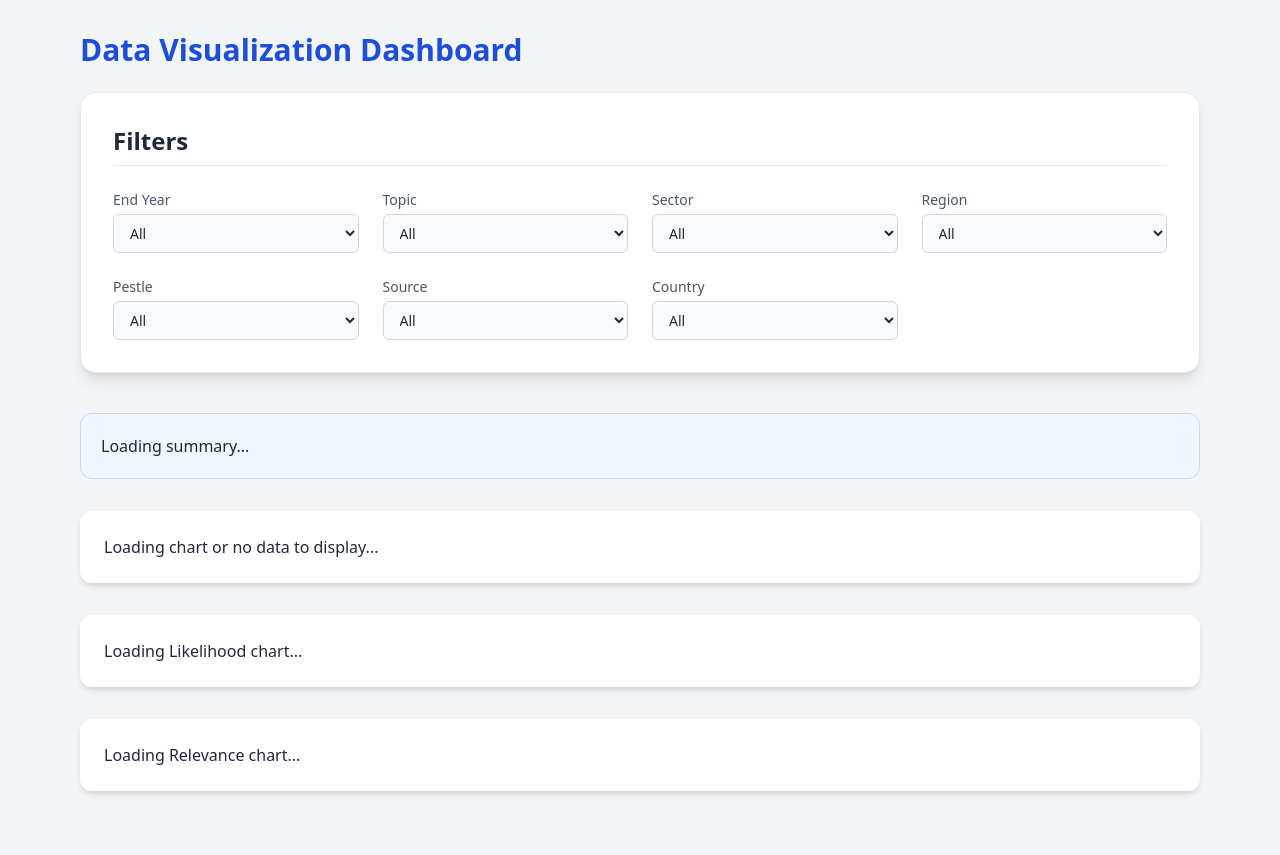
Repository: dikshant-s/DataVisualizationDashboard
Page: / (app in frontend/)
These files come from the project's save history. The page is drawn as it stood at one moment and after the next save; the edit follows.
The browser window is 1280 px wide. The pictures show the whole page.
The page's requests for data from a server got no answer. The project was rebuilt for these pictures with package versions that can differ from the ones it lists, and the page was loaded fresh each time. No one was signed in, and anything a server would have sent is missing.

Above is the page before, as saved 2025-06-29 10:48:43.

### frontend/public/index.html
<!DOCTYPE html>
<html lang="en">
  <head>
    <meta charset="utf-8" />
    <link rel="icon" href="%PUBLIC_URL%/favicon.ico" />
    <meta name="viewport" content="width=device-width, initial-scale=1" />
    <meta name="theme-color" content="#000000" />
    <title>Data Visualization Dashboard</title>
  </head>
  <body>
    <noscript>You need to enable JavaScript to run this app.</noscript>
    <div id="root"></div>
  </body>
</html>

### frontend/src/App.js
import React, { useState } from "react";
import FilterPanel from "./components/FilterPanel";
import IntensityBarChart from "./components/IntensityBarChart";
import LikelihoodLineChart from "./components/LikelihoodLineChart";
import RelevanceTopicChart from "./components/RelevanceTopicChart";
import Summary from "./components/Summary";

const App = () => {
  const [filters, setFilters] = useState({});

  return (
    <div className="bg-gray-100 min-h-screen text-gray-800 font-sans">
      <div className="max-w-6xl mx-auto px-4 py-8">
        <h1 className="text-3xl font-bold text-blue-700 mb-6">
          Data Visualization Dashboard
        </h1>

        <FilterPanel setFilters={setFilters} />

        <div className="bg-blue-50 border border-blue-200 p-5 rounded-xl mb-8">
          <Summary filters={filters} />
        </div>

        <div className="bg-white rounded-xl shadow-md p-6 mb-8 overflow-x-auto">
          <IntensityBarChart filters={filters} />
        </div>

        <div className="bg-white rounded-xl shadow-md p-6 mb-8 overflow-x-auto">
          <LikelihoodLineChart filters={filters} />
        </div>

        <div className="bg-white rounded-xl shadow-md p-6 mb-8 overflow-x-auto">
          <RelevanceTopicChart filters={filters} />
        </div>
      </div>
    </div>
  );
};

export default App;

### frontend/src/components/FilterPanel.js
import React, { useEffect, useState } from "react";
import axios from "axios";

const fields = ["end_year", "topic", "sector", "region", "pestle", "source", "country"];

const FilterPanel = ({ setFilters }) => {
  const [filterOptions, setFilterOptions] = useState({});
  const [selected, setSelected] = useState({});

  useEffect(() => {
    fields.forEach((field) => {
      axios
        .get(`http://localhost:5000/api/data/filters/${field}`)
        .then((res) =>
          setFilterOptions((prev) => ({ ...prev, [field]: res.data }))
        );
    });
  }, []);

  const handleChange = (e) => {
    const { name, value } = e.target;
    const newSelected = { ...selected, [name]: value };
    setSelected(newSelected);
    setFilters(newSelected);
  };

  return (
    <div className="bg-white rounded-2xl shadow-lg p-8 mb-10 border border-gray-200">
      <h3 className="text-2xl font-bold text-gray-800 mb-6 border-b pb-2">
        Filters
      </h3>
      <div className="grid grid-cols-1 sm:grid-cols-2 md:grid-cols-3 lg:grid-cols-4 gap-6">
        {fields.map((field) => (
          <div key={field} className="flex flex-col">
            <label className="text-sm text-gray-600 font-medium mb-1 capitalize">
              {field.replaceAll("_", " ")}
            </label>
            <select
              name={field}
              onChange={handleChange}
              className="border border-gray-300 bg-gray-50 text-sm rounded-md px-3 py-2 focus:outline-none focus:ring-2 focus:ring-blue-500"
            >
              <option value="All">All</option>
              {(filterOptions[field] || []).map((val) => (
                <option key={val} value={val}>{val}</option>
              ))}
            </select>
          </div>
        ))}
      </div>
    </div>
  );
};

export default FilterPanel;

### frontend/src/components/IntensityBarChart.js
import React, { useEffect, useState } from "react";
import axios from "axios";
import { Bar } from "react-chartjs-2";
import { Chart as ChartJS, BarElement, CategoryScale, LinearScale } from 'chart.js';

ChartJS.register(BarElement, CategoryScale, LinearScale);

const IntensityBarChart = ({ filters }) => {
  const [chartData, setChartData] = useState(null);

  useEffect(() => {
    const params = new URLSearchParams(filters).toString();
    axios.get("http://localhost:5000/api/data?" + params)
      .then((res) => {
        const grouped = {};
        res.data.forEach(item => {
          const country = item.country || "Unknown";
          grouped[country] = (grouped[country] || 0) + (item.intensity || 0);
        });

        const labels = Object.keys(grouped);
        const values = Object.values(grouped);

        setChartData({
          labels: labels,
          datasets: [{
            label: "Total Intensity",
            data: values,
            backgroundColor: "rgba(75,192,192,0.6)",
            borderRadius: 5,
          }]
        });
      }).catch((err) => {
        console.error("Error fetching data:", err);
      });
  }, [filters]);

  if (!chartData || chartData.labels.length === 0) {
    return <p>Loading chart or no data to display...</p>;
  }

  return (
    <div style={{ maxWidth: "800px", margin: "auto" }}>
      <h3>Intensity by Country</h3>
      <Bar data={chartData} />
    </div>
  );
};

export default IntensityBarChart;

### frontend/src/components/LikelihoodLineChart.js
import React, { useEffect, useState } from "react";
import axios from "axios";
import { Line } from "react-chartjs-2";
import { Chart as ChartJS, LineElement, PointElement, CategoryScale, LinearScale } from "chart.js";

ChartJS.register(LineElement, PointElement, CategoryScale, LinearScale);

const LikelihoodLineChart = ({ filters }) => {
  const [chartData, setChartData] = useState(null);

  useEffect(() => {
    const params = new URLSearchParams(filters).toString();
    axios.get("http://localhost:5000/api/data?" + params)
      .then((res) => {
        const grouped = {};
        res.data.forEach(item => {
          const year = item.start_year || "Unknown";
          grouped[year] = (grouped[year] || 0) + (item.likelihood || 0);
        });

        const labels = Object.keys(grouped).sort();
        const values = labels.map(l => grouped[l]);

        setChartData({
          labels,
          datasets: [{
            label: "Likelihood Over Years",
            data: values,
            borderColor: "#36a2eb",
            fill: false
          }]
        });
      });
  }, [filters]);

  if (!chartData) return <p>Loading Likelihood chart...</p>;

  return (
    <div style={{ maxWidth: "800px", margin: "auto" }}>
      <h3>Likelihood Over Years</h3>
      <Line data={chartData} />
    </div>
  );
};

export default LikelihoodLineChart;

### frontend/src/components/RelevanceTopicChart.js
import React, { useEffect, useState } from "react";
import axios from "axios";
import { Bar } from "react-chartjs-2";
import { Chart as ChartJS, BarElement, CategoryScale, LinearScale } from "chart.js";

ChartJS.register(BarElement, CategoryScale, LinearScale);

const RelevanceTopicChart = ({ filters }) => {
  const [chartData, setChartData] = useState(null);

  useEffect(() => {
    const params = new URLSearchParams(filters).toString();
    axios.get("http://localhost:5000/api/data?" + params)
      .then((res) => {
        const grouped = {};
        res.data.forEach(item => {
          const topic = item.topic || "Unknown";
          grouped[topic] = (grouped[topic] || 0) + (item.relevance || 0);
        });

        const labels = Object.keys(grouped);
        const values = labels.map(l => grouped[l]);

        setChartData({
          labels,
          datasets: [{
            label: "Relevance by Topic",
            data: values,
            backgroundColor: "rgba(153, 102, 255, 0.6)"
          }]
        });
      });
  }, [filters]);

  if (!chartData) return <p>Loading Relevance chart...</p>;

  return (
    <div style={{ maxWidth: "800px", margin: "auto" }}>
      <h3>Relevance by Topic</h3>
      <Bar data={chartData} options={{ indexAxis: "y" }} />
    </div>
  );
};

export default RelevanceTopicChart;

### frontend/src/components/Summary.js
import React, { useEffect, useState } from "react";
import axios from "axios";

const Summary = ({ filters }) => {
  const [summary, setSummary] = useState(null);

  useEffect(() => {
    const params = new URLSearchParams(filters).toString();
    axios.get("http://localhost:5000/api/data?" + params)
      .then((res) => {
        const data = res.data;
        const total = data.length;
        const avg = (key) => total === 0 ? 0 : (data.reduce((sum, d) => sum + (d[key] || 0), 0) / total).toFixed(2);

        setSummary({
          total,
          avgIntensity: avg("intensity"),
          avgLikelihood: avg("likelihood"),
          avgRelevance: avg("relevance")
        });
      });
  }, [filters]);

  if (!summary) return <p>Loading summary...</p>;

  return (
    <div style={{ padding: "10px 20px", border: "1px solid #ccc", margin: "20px auto", maxWidth: 600 }}>
      <h3>Summary</h3>
      <p><strong>Total Records:</strong> {summary.total}</p>
      <p><strong>Average Intensity:</strong> {summary.avgIntensity}</p>
      <p><strong>Average Likelihood:</strong> {summary.avgLikelihood}</p>
      <p><strong>Average Relevance:</strong> {summary.avgRelevance}</p>
    </div>
  );
};

export default Summary;

Loaded but not shown: frontend/src/index.js (common file); frontend/src/index.css (common file); frontend/tailwind.config.js (common file)

After the next save:
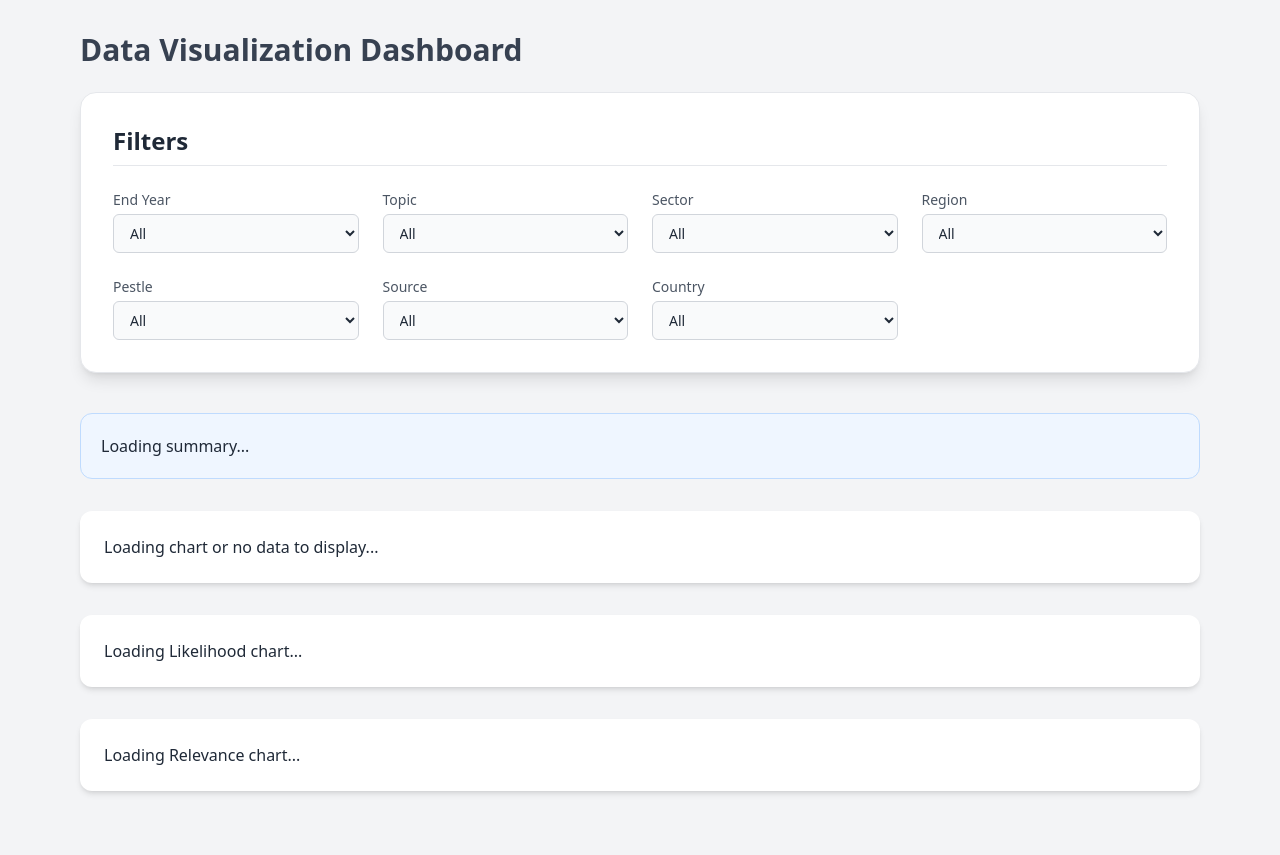
Saved 9 s later.
--- a/frontend/src/App.js
+++ b/frontend/src/App.js
@@ -11,7 +11,7 @@ const App = () => {
   return (
     <div className="bg-gray-100 min-h-screen text-gray-800 font-sans">
       <div className="max-w-6xl mx-auto px-4 py-8">
-        <h1 className="text-3xl font-bold text-blue-700 mb-6">
+        <h1 className="text-3xl font-bold text-gray-700 mb-6">
           Data Visualization Dashboard
         </h1>
 
